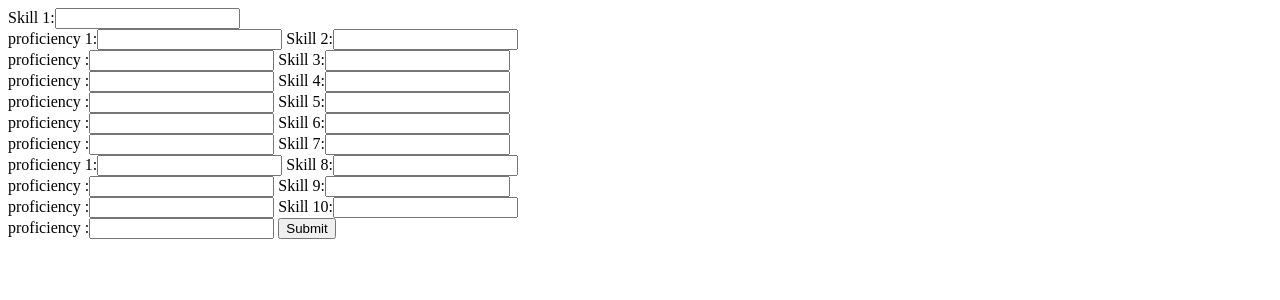
Repository: henokkeleta/SpringIt2
Page: http://localhost/WeekFour/Skill_1.jsp
An editor plug-in stored every save of this project. The page is shown before and after the next save, followed by the edit.
The browser window is 1280 px wide. The pictures show the whole page.
The page is served by Tomcat 9.

Above is the page before, as saved 2017-06-16 21:48:12.

After the next save:
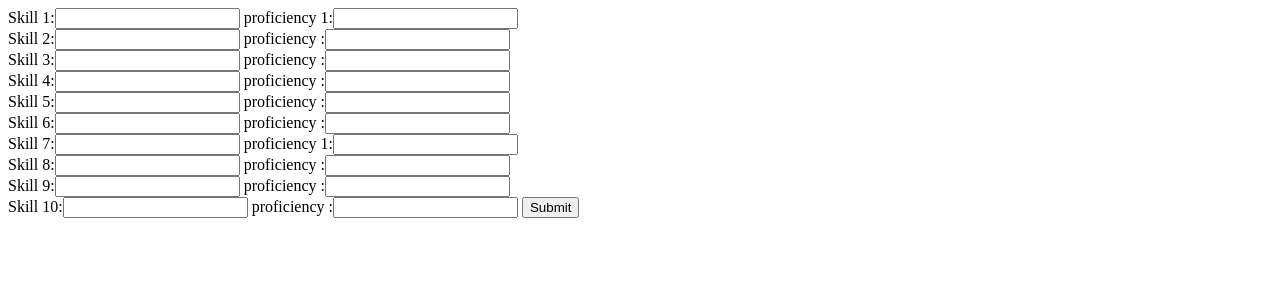
Saved 3 min 26 s later.
--- a/WeekFour/WebContent/Skill_1.jsp
+++ b/WeekFour/WebContent/Skill_1.jsp
@@ -8,25 +8,25 @@
 </head>
 <body>
 <form action = "SkillServlet" method = "post">
-Skill 1:<input type = "text" name = "Skill1"> <br>
-proficiency 1:<input type = "text" name = "proficiency1">
-Skill 2:<input type = "text" name = "Skill2" > <br>
-proficiency :<input type = "text" name = "proficiency2">
-Skill 3:<input type = "text" name = "Skill3" > <br>
-proficiency :<input type = "text" name = "proficiency3">
-Skill 4:<input type = "text" name = "Skill4" > <br>
-proficiency :<input type = "text" name = "proficiency4">
-Skill 5:<input type = "text" name = "Skill5" > <br>
-proficiency :<input type = "text" name = "proficiency5">
-Skill 6:<input type = "text" name = "Skill6" > <br>
-proficiency :<input type = "text" name = "proficiency6">
-Skill 7:<input type = "text" name = "Skill7" > <br>
-proficiency 1:<input type = "text" name = "proficiency7">
-Skill 8:<input type = "text" name = "Skill8" > <br>
-proficiency :<input type = "text" name = "proficiency8">
-Skill 9:<input type = "text" name = "Skill9" > <br>
-proficiency :<input type = "text" name = "proficiency9">
-Skill 10:<input type = "text"name = "Skill10"> <br>
+Skill 1:<input type = "text" name = "Skill1">
+proficiency 1:<input type = "text" name = "proficiency1"><br>
+Skill 2:<input type = "text" name = "Skill2" >
+proficiency :<input type = "text" name = "proficiency2"><br>
+Skill 3:<input type = "text" name = "Skill3" >
+proficiency :<input type = "text" name = "proficiency3"><br>
+Skill 4:<input type = "text" name = "Skill4" >
+proficiency :<input type = "text" name = "proficiency4"><br>
+Skill 5:<input type = "text" name = "Skill5" >
+proficiency :<input type = "text" name = "proficiency5"><br>
+Skill 6:<input type = "text" name = "Skill6" >
+proficiency :<input type = "text" name = "proficiency6"><br>
+Skill 7:<input type = "text" name = "Skill7" >
+proficiency 1:<input type = "text" name = "proficiency7"><br>
+Skill 8:<input type = "text" name = "Skill8" >
+proficiency :<input type = "text" name = "proficiency8"><br>
+Skill 9:<input type = "text" name = "Skill9" >
+proficiency :<input type = "text" name = "proficiency9"><br>
+Skill 10:<input type = "text"name = "Skill10">
 proficiency :<input type = "text" name = "proficiency10">
 <input type = "Submit" value = "Submit">
 </form>
